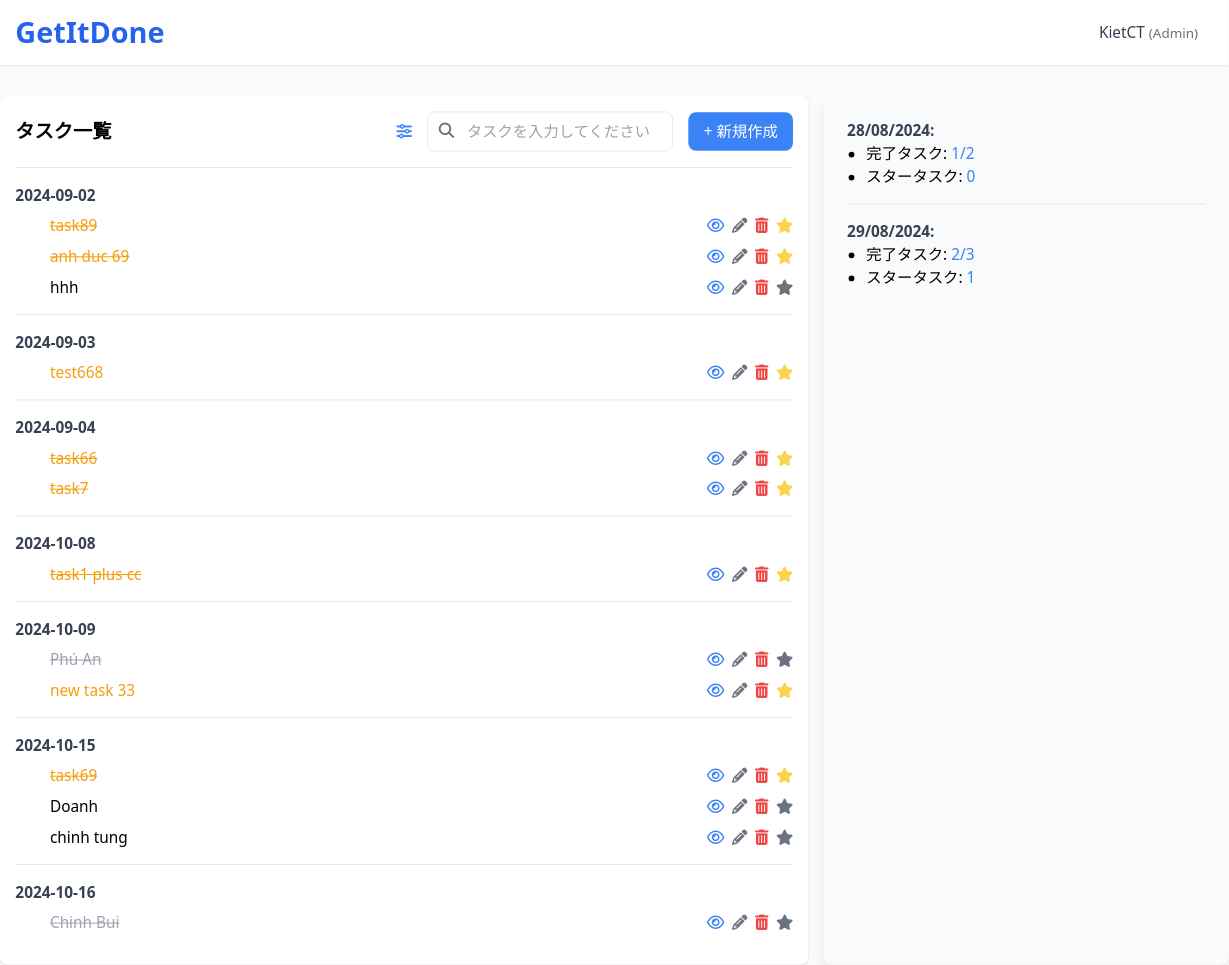
Repository: TuanAnhNguyen723/todolist
Page: http://localhost/mainscreen/mainscreen.php
An editor plug-in stored every save of this project. The page is shown before and after the next save, followed by the edit.
The browser window is 1280 px wide. The pictures show the whole page, at 96% of full size.
Some web libraries are served in a nearby version. The page is run by PHP 8.4 with error messages shown; the project is at /var/www/html/. The database holds what the project's SQL file puts in it.

Above is the page before, as saved 2024-10-02 14:17:02.

After the next save:
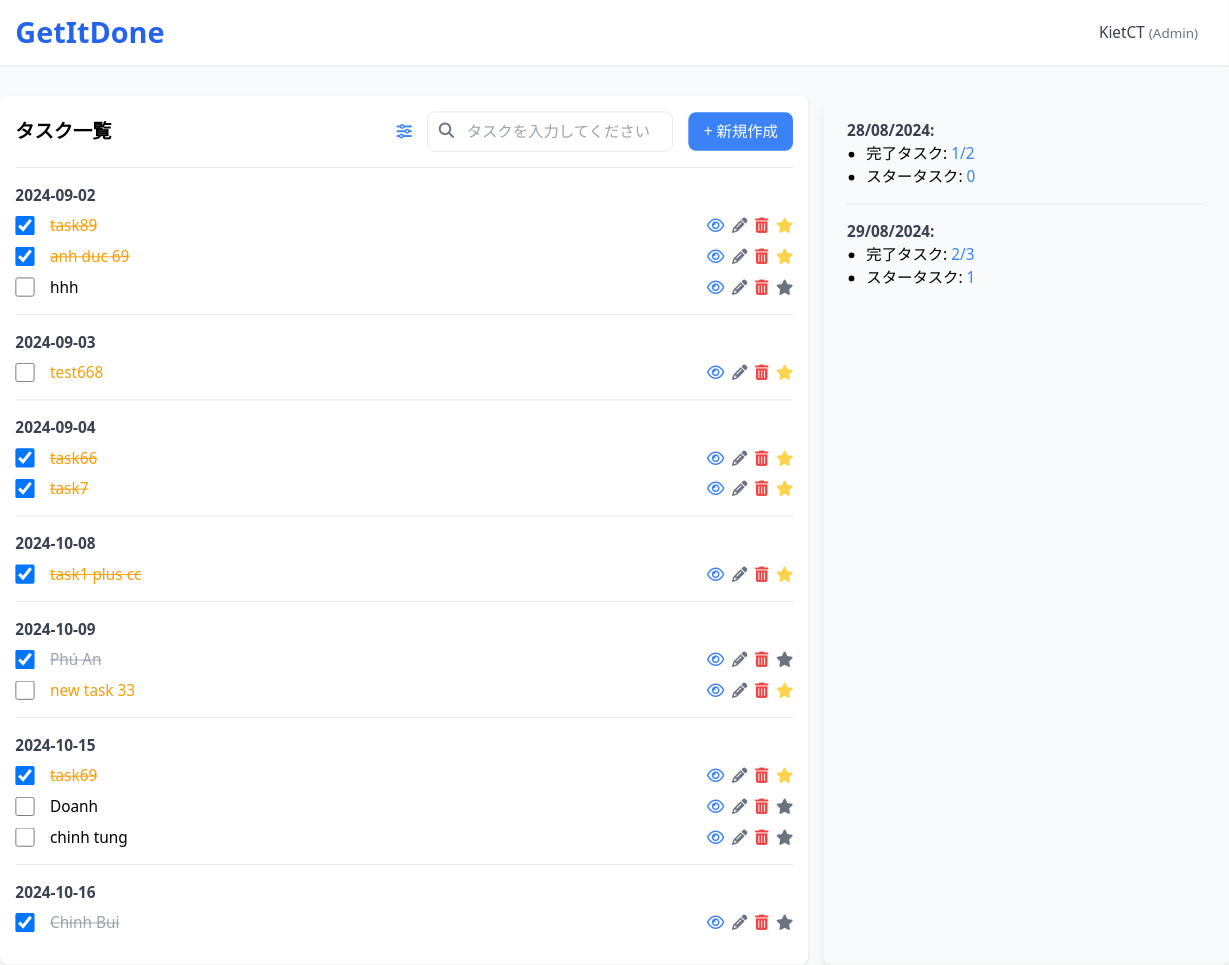
Saved 4 s later.
--- a/mainscreen/mainscreen.php
+++ b/mainscreen/mainscreen.php
@@ -83,7 +83,7 @@ include '../mainscreen/mainscreenController.php';
                             <!-- // Kết hợp giữa trạng thái checked và trạng thái star -->
                             <input
                                 type="checkbox"
-                                class="appearance-none form-checkbox h-5 w-5 toggle-complete <?php echo $task['star'] ? 'checked' : ''; ?>"
+                                class=" form-checkbox h-5 w-5 toggle-complete <?php echo $task['star'] ? 'checked' : ''; ?>"
                                 data-task-id="<?php echo $task['task_id']; ?>"
                                 <?php echo $task['checked'] ? 'checked' : ''; ?>
                             />
